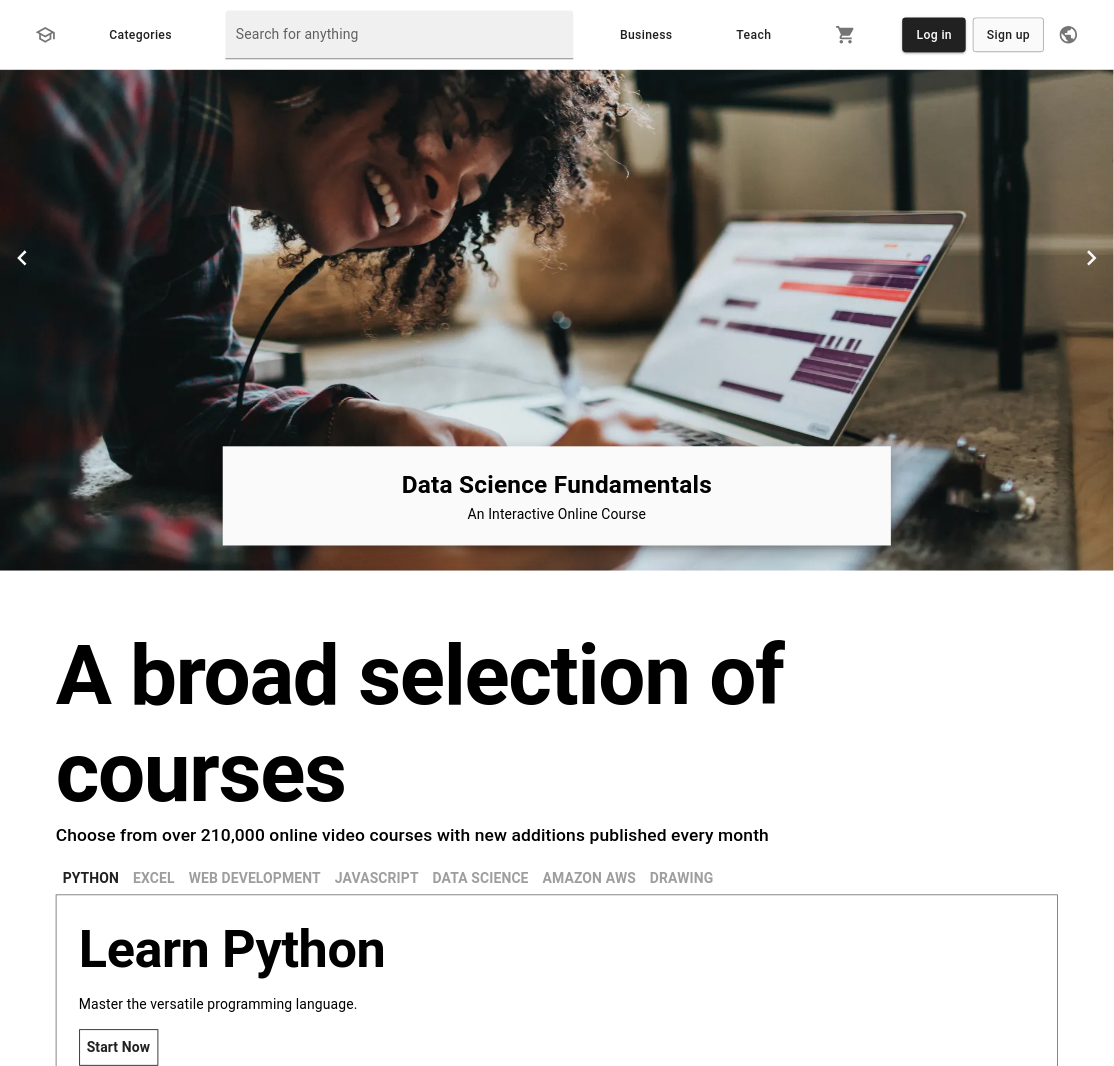
Repository: princ3-web/academy
Page: /
The author's editor kept a copy of each file at every save. The page is drawn from the files as they stood at one save, then again after a run of saves.
The browser window is 1280 px wide. The pictures show the part of the page from y = 0 to 1225 px (the page is 5649 px tall before and 5617 px after), at 87% of full size.
Pictures or frames that could not be fetched are drawn as grey boxes. The project was rebuilt for these pictures with package versions that can differ from the ones it lists, and the page was loaded fresh each time. Also part of the build but not shown: vite.config.js, src/pages/Courses.jsx, src/pages/Business.jsx, src/pages/Teach.jsx.

Above is the page before, as saved 2023-07-12 17:21:55.

After the next 6 saves:
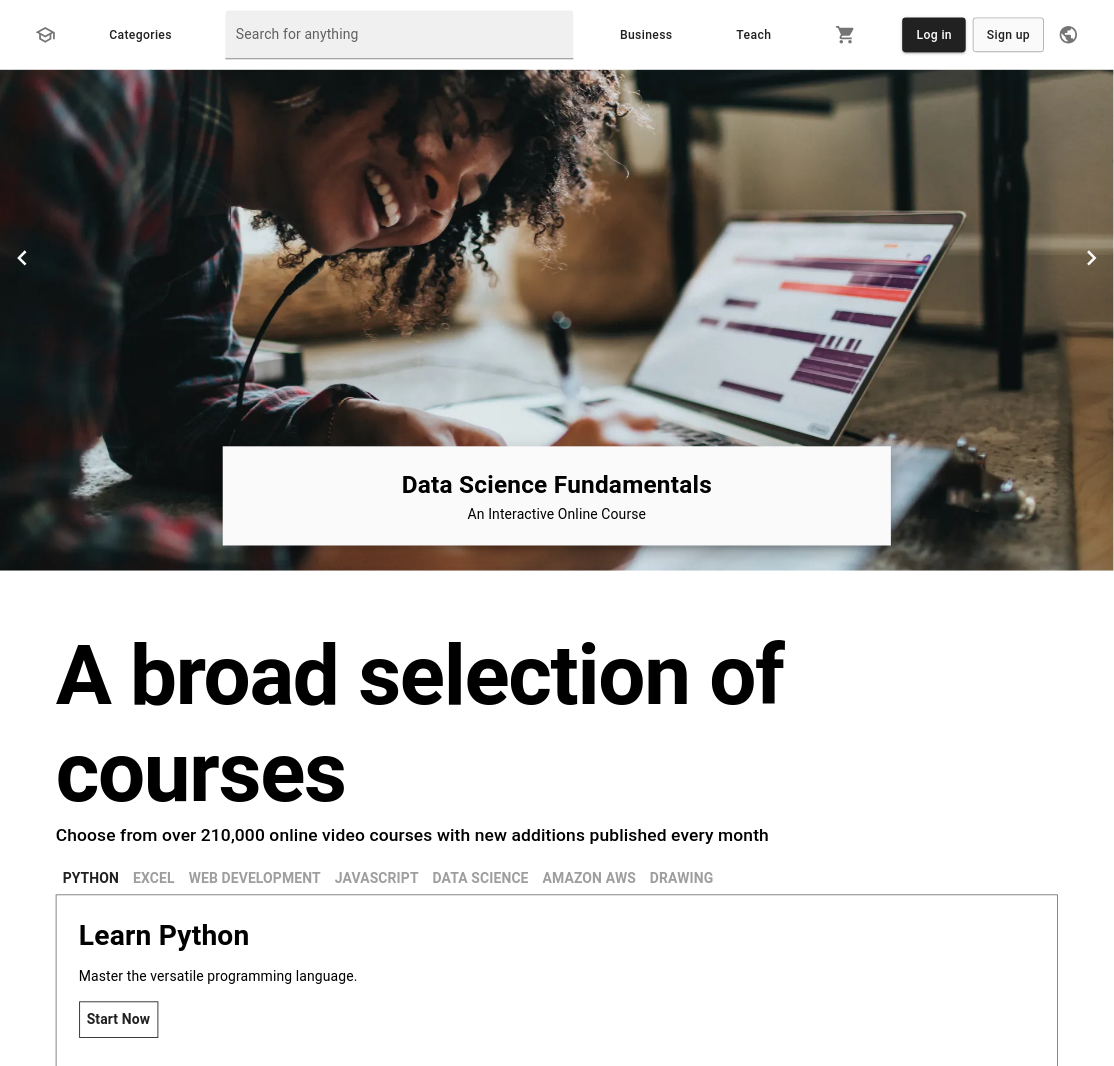
The 6 saves are shown as one change because they came seconds apart.
The last was saved 26 s later.
--- a/src/pages/Home.jsx
+++ b/src/pages/Home.jsx
@@ -38,7 +38,7 @@
           ))}
         </Box>
         <Box p={"2vw"} border={"1px solid" + grey[600]}>
-          <Typography fontWeight={600} variant={"h2"}>
+          <Typography fontWeight={600} variant={"h4"}>
             {courses[selectedItem].title}
           </Typography>
           <Typography width={"65%"} marginY={2}>
